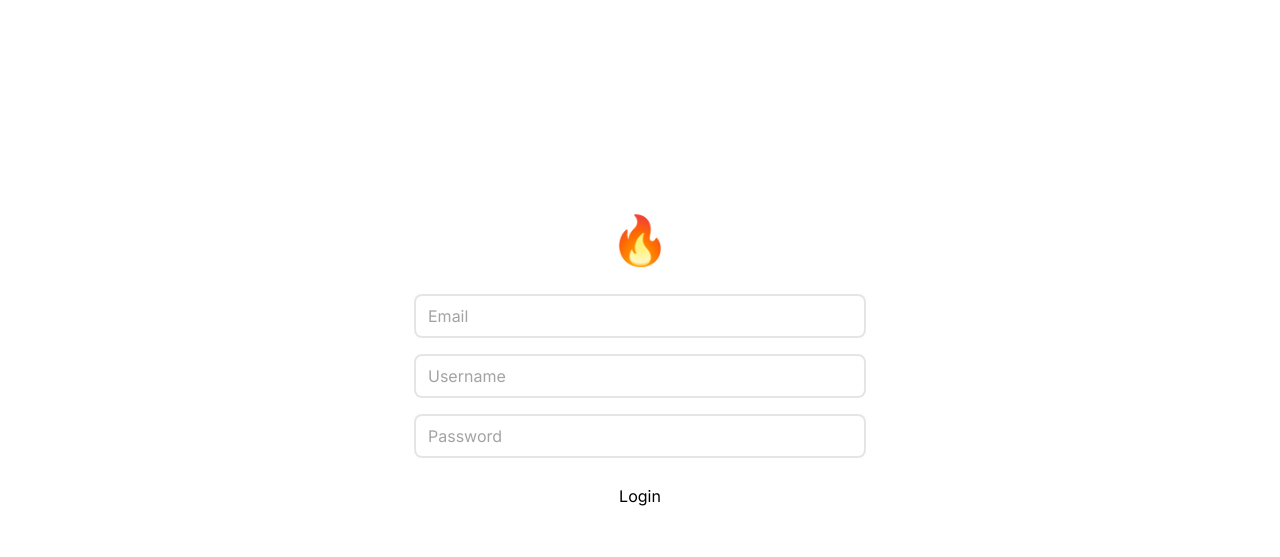
Repository: ParkSeokgyu/tweets
Page: /login
The author's editor kept a copy of each file at every save. The page is drawn from the files as they stood at one save, then again after the next save.
The browser window is 1280 px wide. The pictures show the whole page.
The project was rebuilt for these pictures with package versions that can differ from the ones it lists, and the page was loaded fresh each time. The framework's server and built-in components were replaced by stand-ins that run in the browser. Also part of the build but not shown: next.config.mjs.

Above is the page before, as saved 2024-08-14 11:30:00.

After the next save:
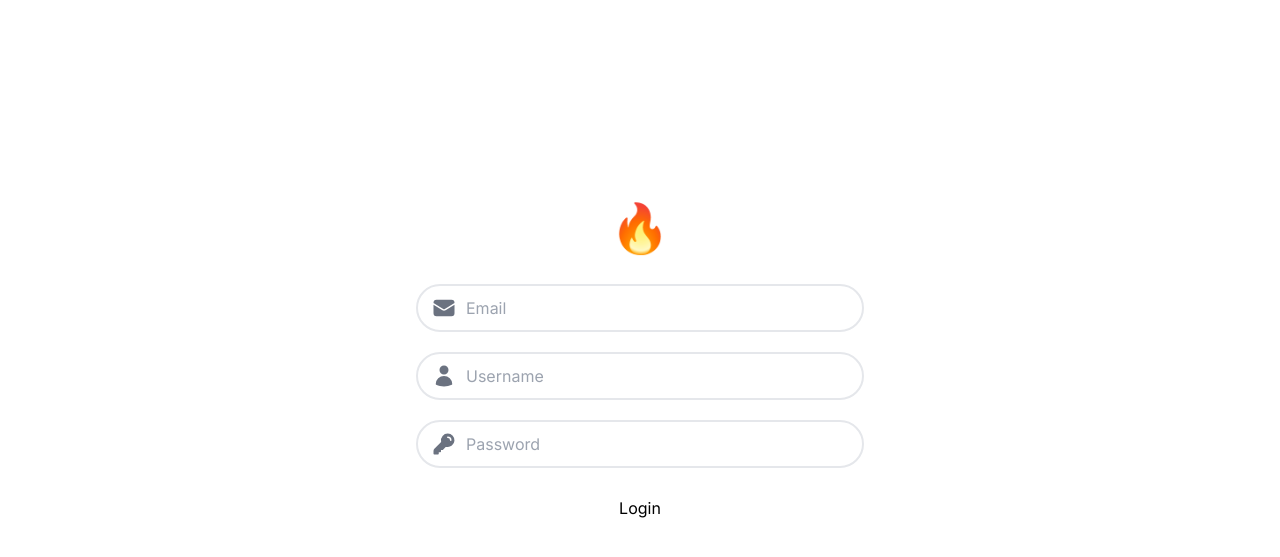
Saved 5 min 51 s later.
--- a/components/input.tsx
+++ b/components/input.tsx
@@ -1,31 +1,39 @@
 import { ReactNode } from "react";
 
 interface InputProps {
+  name: string;
   type: string;
   placeholder: string;
   required: boolean;
-  errors?: string[];
-  name: string;
+  errors: string[];
   icon: ReactNode;
 }
 
-export default function Input({type, placeholder, required, errors=[], icon, name}: InputProps) {
+export default function Input({name, type, placeholder, required, errors, icon}: InputProps) {
+  const hasErrors = errors.length > 0; // 수정: 에러 존재 여부 확인
   return (
-    <div className="flex flex-col gap-2">
-      <input
-        className="
-          bg-transparent rounded-md w-full h-10 focus:outline-none ring-2 focus:ring-4 transition ring-neutral-200 focus:ring-orange-500 border-none placeholder:text-neutral-400 px-3"
-        name={name}
-        type={type}
-        placeholder={placeholder}
-        icon={icon}
-        required={required}
-      />
-
-      {errors?.map((error, index) => (
-        <span key={index} className="text-red-500 font-medium">
+    <div>
+      <div className="relative flex items-center">
+        <span className="absolute left-4">{icon}</span>
+        <input
+          className={`w-full rounded-full h-12 pl-12 border-2
+            outline-none
+            ring
+            focus:ring-gray-400
+            focus:ring-offset-2
+            ring-transparent
+            ${hasErrors ? 'outline-none border-red-500 focus:ring-red-500 ' : 'ring-transparent'}
+          `}
+          name={name}
+          type={type}
+          placeholder={placeholder}
+          required={required}
+        />
+      </div>
+      {errors.map((error, index) => (
+        <div key={index} className="text-red-500 font-medium mt-2">
           {error}
-        </span>
+        </div>
       ))}
     </div>
   )
